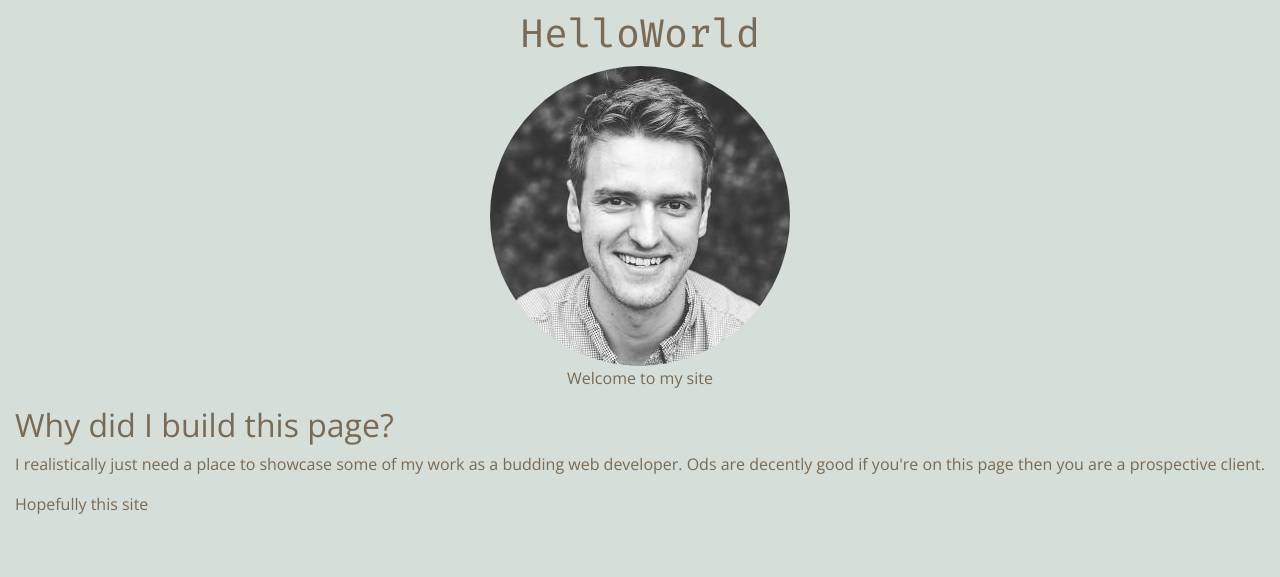
Repository: milespossing/Personal-Page
Page: index.html
These files come from the project's save history. The page is drawn as it stood at one moment and after the next save; the edit follows.
The browser window is 1280 px wide. The pictures show the whole page.

Above is the page before, as saved 2019-09-25 07:03:57.

After the next save:
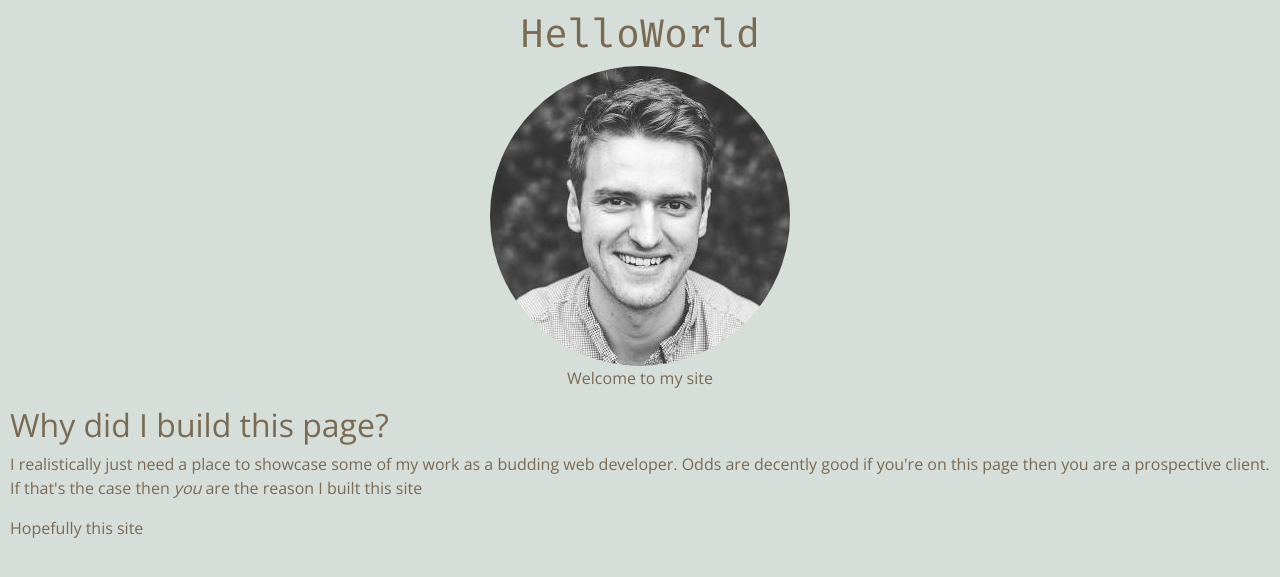
Saved 27 s later.
--- a/index.html
+++ b/index.html
@@ -13,7 +13,7 @@
     <p>Welcome to my site</p>
     <div>
         <h2>Why did I build this page?</h2>
-        <p>I realistically just need a place to showcase some of my work as a budding web developer. Ods are decently good if you're on this page then you are a prospective client.</p>
+        <p>I realistically just need a place to showcase some of my work as a budding web developer. Odds are decently good if you're on this page then you are a prospective client. If that's the case then <em>you</em> are the reason I built this site</p>
         <p>Hopefully this site </p>
     </div>
 
